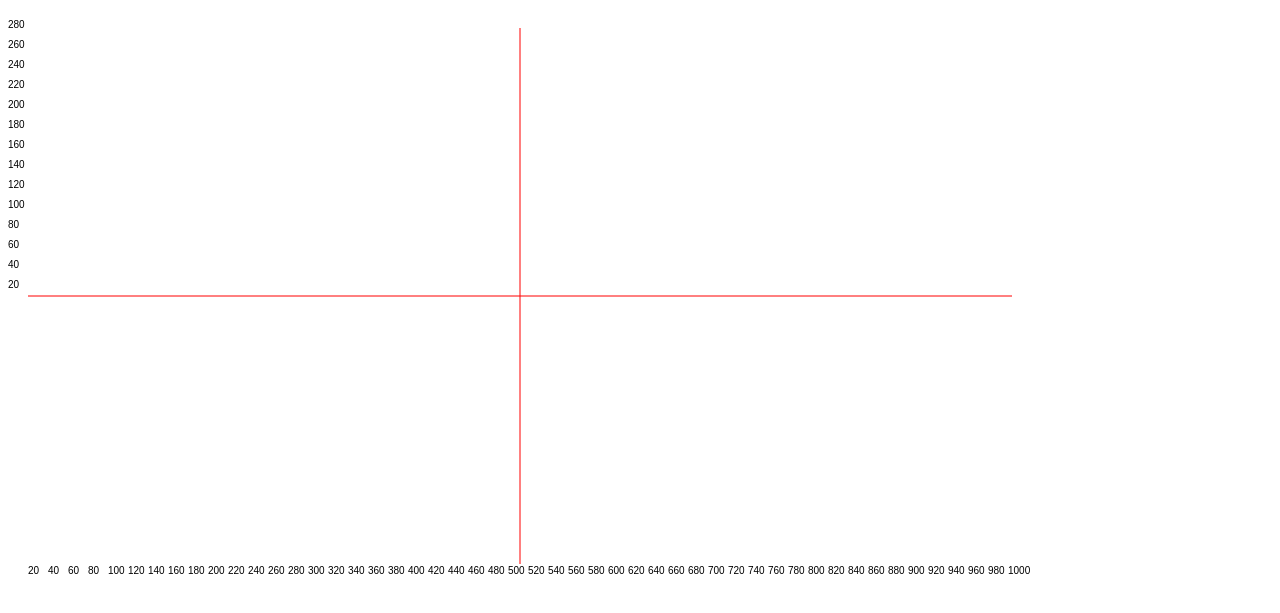
Repository: tclintaichung/book
Page: ex16/ex16_01/frame.html
An editor plug-in stored every save of this project. The page is shown before and after the next save, followed by the edit.
The browser window is 1280 px wide. The pictures show the whole page.

Above is the page before, as saved 2025-09-27 14:48:22.

After the next save:
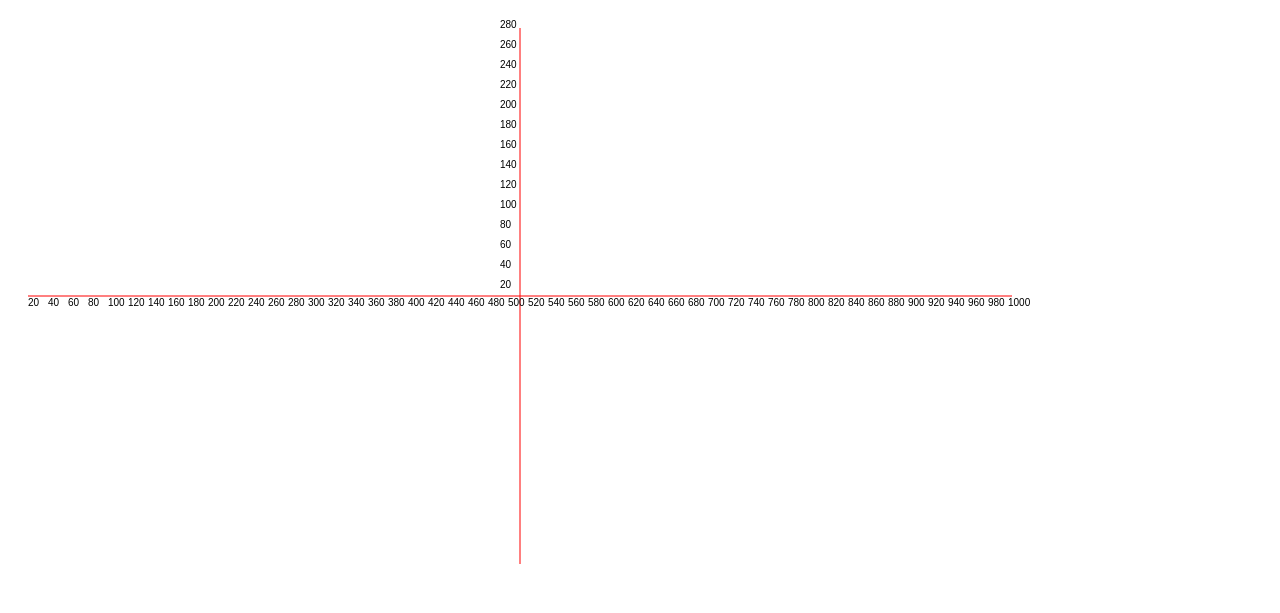
Saved 64 s later.
--- a/ex16/ex16_01/frame.html
+++ b/ex16/ex16_01/frame.html
@@ -35,10 +35,10 @@
             ctx.lineWidth = 1;
             ctx.stroke();
             for (let i = x_min; i <= x_max; i +=20) {
-                ctx.fillText(String(i), i, y_max + 10);
+                ctx.fillText(String(i), i, center_y + 10);
             }
             for (let i = y_min; i <= y_max; i += 20) {
-                ctx.fillText(String(i), x_min - 20, 300 - i ) ;
+                ctx.fillText(String(i), center_x - 20, 300 - i ) ;
             }
         }
    </script>
